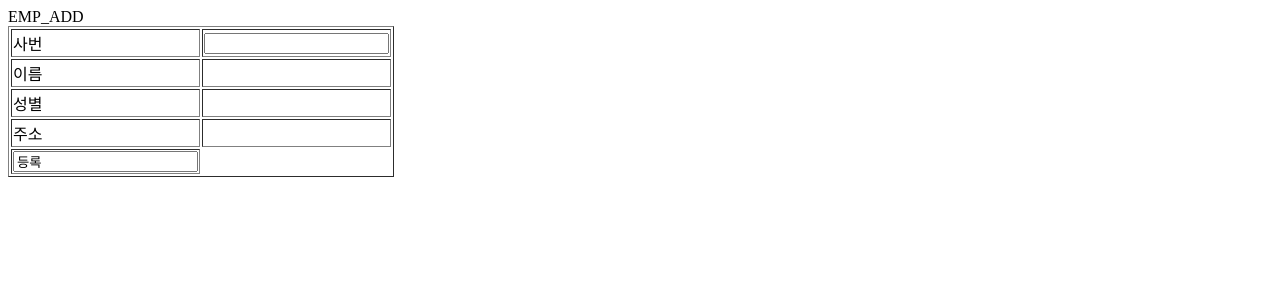
Repository: YOUNARAE/Python
Page: HELLO_PYTHON/day10/templates/emp_add.html
The author's editor kept a copy of each file at every save. The page is drawn from the files as they stood at one save, then again after the next save.
The browser window is 1280 px wide. The pictures show the whole page.

Above is the page before, as saved 2022-12-07 02:12:39.

### HELLO_PYTHON/day10/templates/emp_add.html
<!DOCTYPE html>
<html>
<head>
<meta charset="UTF-8">
<title>EMP ADD</title>
</head>
<body>
EMP_ADD
	<form>
		<table border="1">
			<tr>
				<td>사번</td>
				<td><input type="text" name="" value=""></td>
			</tr>
			<tr>
				<td>이름</td>
				<td></td>
			</tr>
			<tr>
				<td>성별</td>
				<td></td>
			</tr>
			<tr>
				<td>주소</td>
				<td></td>
			</tr>
			<tr>
				<td><input typㄷ="button" value="등록"></td>
			</tr>
		</table>
	</form>
</body>
</html>

After the next save:
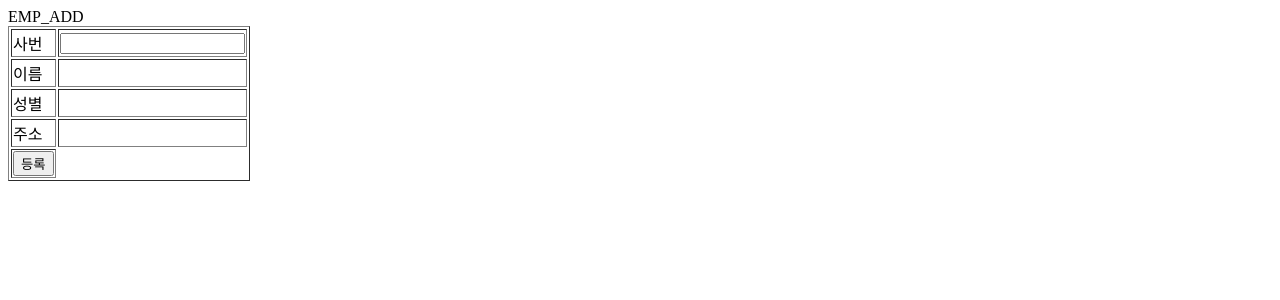
Saved 5 s later.
--- a/HELLO_PYTHON/day10/templates/emp_add.html
+++ b/HELLO_PYTHON/day10/templates/emp_add.html
@@ -25,7 +25,7 @@ EMP_ADD
 				<td></td>
 			</tr>
 			<tr>
-				<td><input typㄷ="button" value="등록"></td>
+				<td><input type="button" value="등록"></td>
 			</tr>
 		</table>
 	</form>
